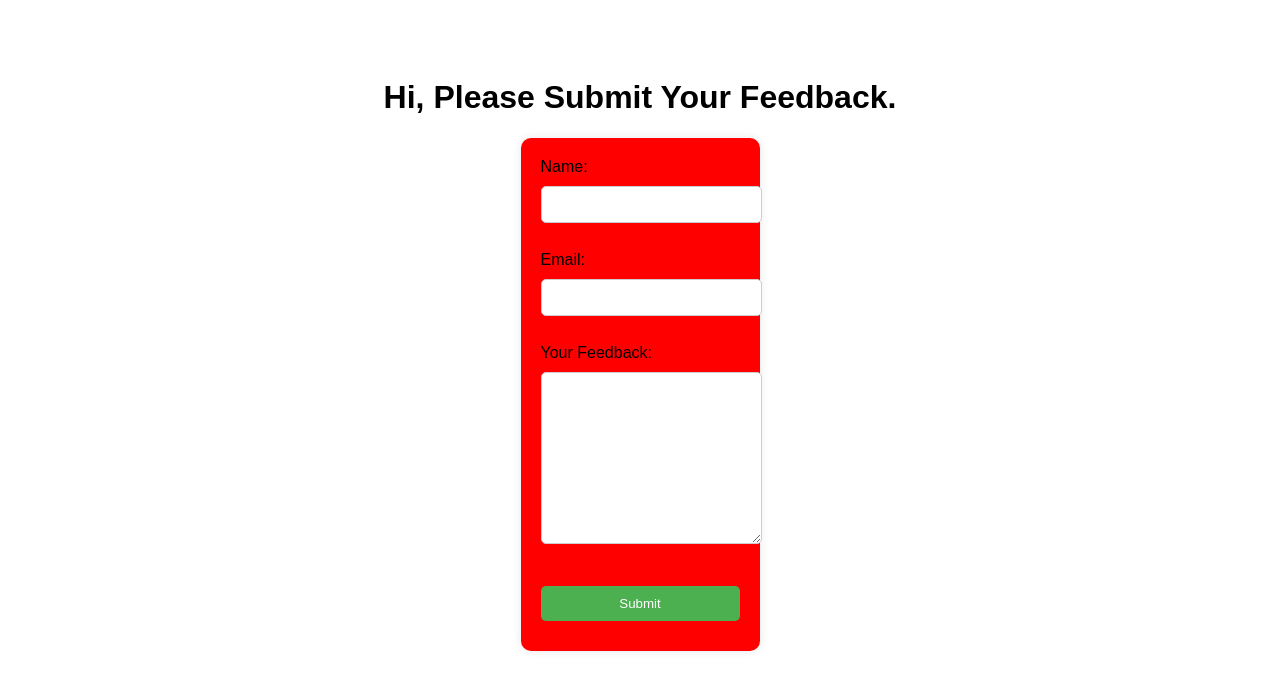
Repository: anik3395/JavaServletProjects
Page: eclipse-workspace/ProjectUpdate/src/main/webapp/feedbackForm.html
These files come from the project's save history. The page is drawn as it stood at one moment and after the next save; the edit follows.
The browser window is 1280 px wide. The pictures show the whole page.

Above is the page before, as saved 2024-10-23 08:42:15.

After the next save:
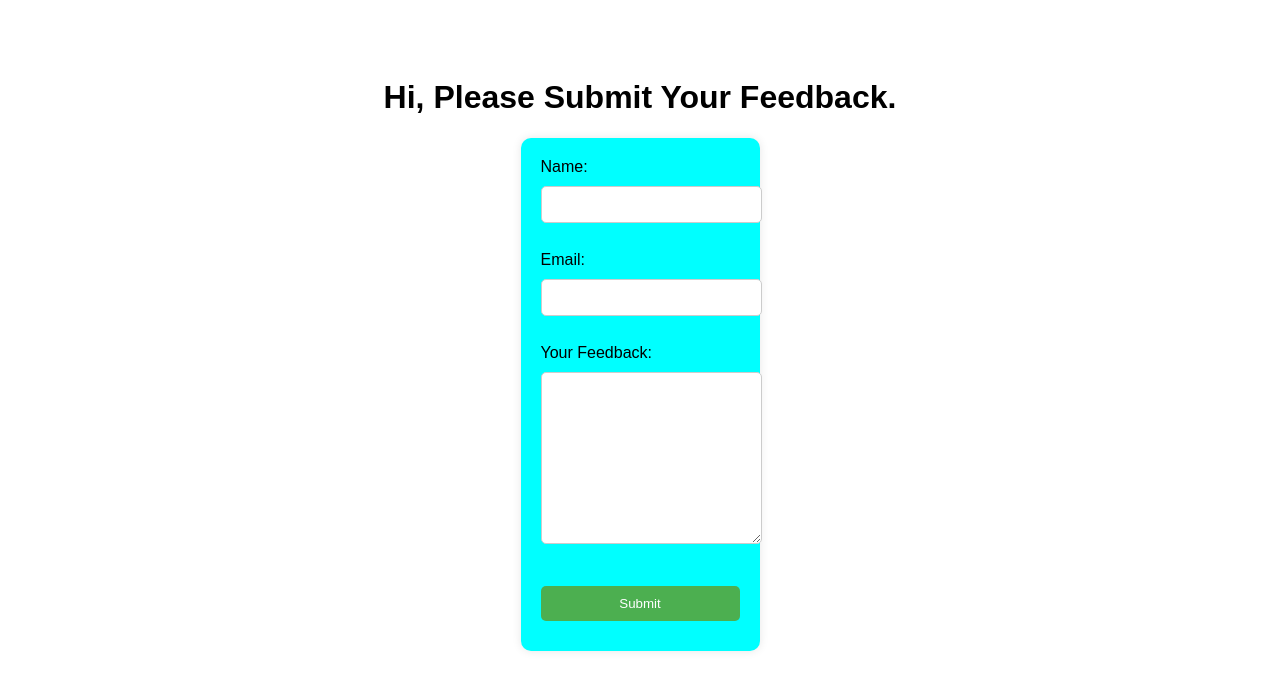
Saved 30 s later.
--- a/eclipse-workspace/ProjectUpdate/src/main/webapp/feedbackForm.html
+++ b/eclipse-workspace/ProjectUpdate/src/main/webapp/feedbackForm.html
@@ -14,7 +14,7 @@
         form {
             display: inline-block;
             text-align: left;
-            background-color: red;
+            background-color: cyan;
             padding: 20px;
             border-radius: 10px;
             box-shadow: 0 0 10px rgba(0,0,0,0.1);
